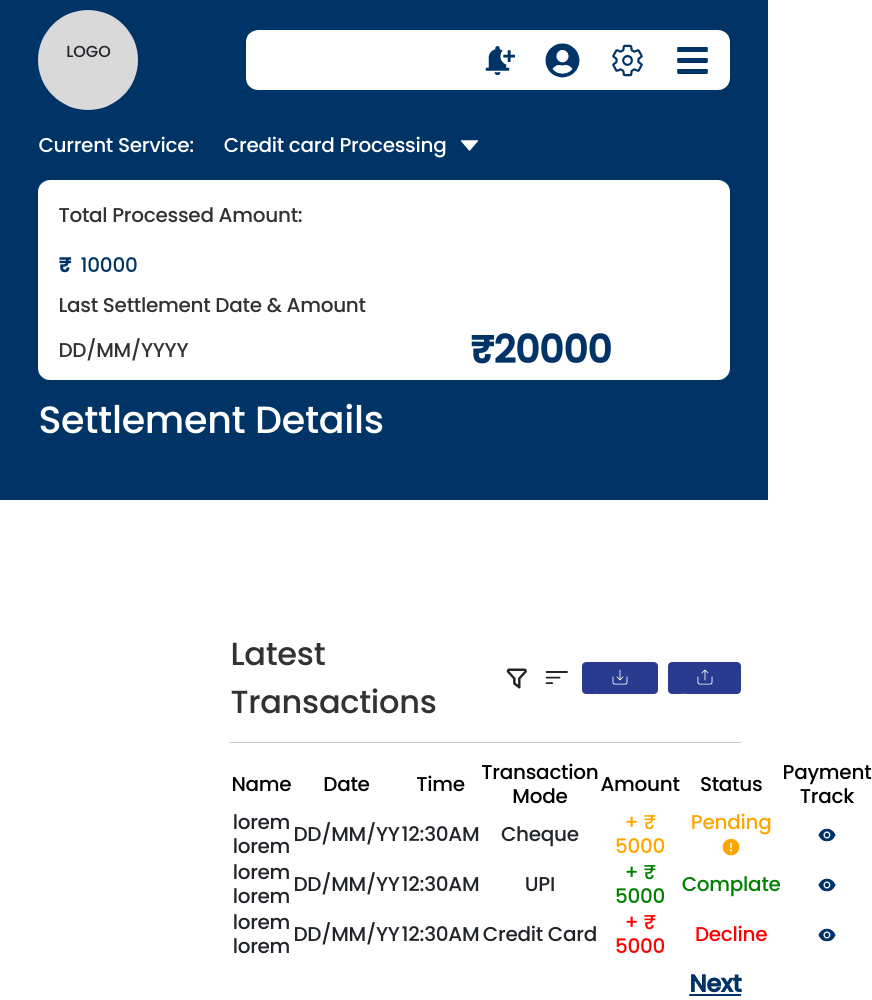
Repository: FlyweisReact/Prashant
Page: /dashboard
The author's editor kept a copy of each file at every save. The page is drawn from the files as they stood at one save, then again after the next save.
The browser window is 768 px wide. The page is 872 px wide, then 768 px, so the pictures cover 872 px, including what lies to the right of the window. The pictures show the whole page.
Some web libraries are served in a nearby version. The project was rebuilt for these pictures with package versions that can differ from the ones it lists, and the page was loaded fresh each time. Also part of the build but not shown: src/Pages/CryptoPayment.jsx, src/Pages/CurrentCharge.jsx, src/Styles/Login.module.css, src/Components/Login/LoginFirstSection.jsx, src/Components/Login/LoginMainSection.jsx, src/Pages/Login.jsx, src/Pages/MatureFund.jsx, src/Pages/OpenBanking.jsx and 12 more.

Above is the page before, as saved 2023-03-23 18:36:28.

After the next save:
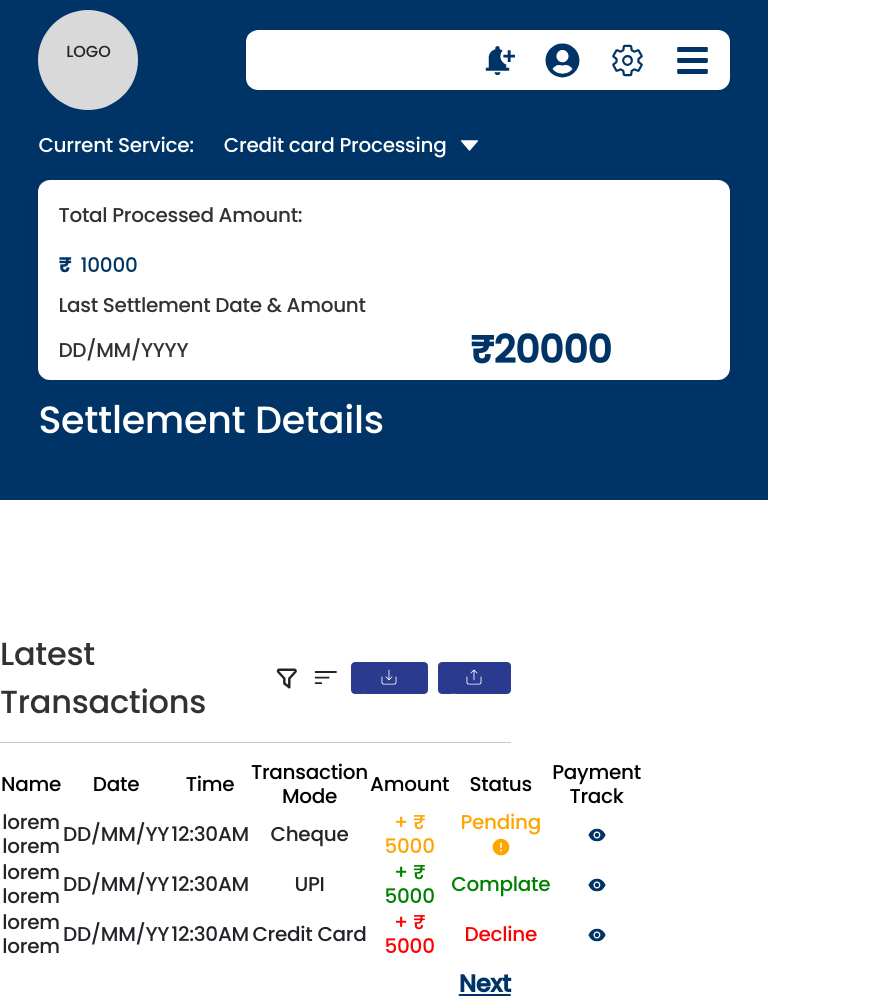
Saved 5 s later.
--- a/src/Styles/Dashboard.module.css
+++ b/src/Styles/Dashboard.module.css
@@ -218,6 +218,7 @@
   height: 500px;
 }
 .TableMainSection{
-  di
-}
-}
+  display: block ;
+
+}
+}
